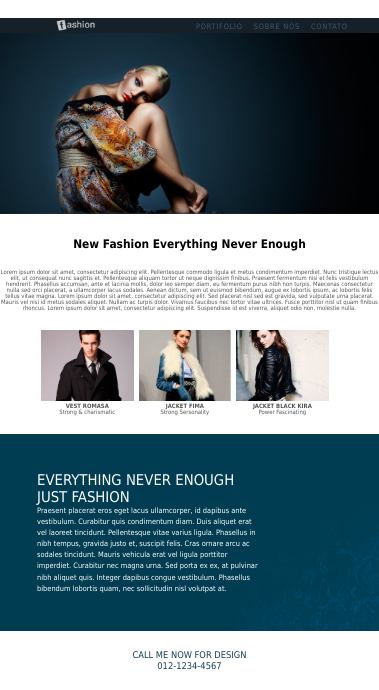
Repository: ryanwilll/LayoutSimplesSite
Page: index.html
The author's editor kept a copy of each file at every save. The page is drawn from the files as they stood at one save, then again after the next save.
The browser window is 375 px wide. The page is 379 px wide, then 375 px, so the pictures cover 379 px, including what lies to the right of the window. The pictures show the part of the page from y = 0 to 690 px (the page is 912 px tall before and 887 px after).
Pictures or frames that could not be fetched are drawn as grey boxes.

Above is the page before, as saved 2022-10-30 00:24:31.

After the next save:
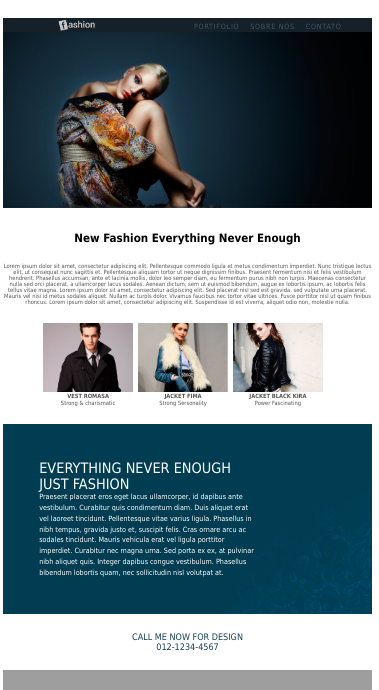
Saved 4 s later.
--- a/css/style.css
+++ b/css/style.css
@@ -138,6 +138,6 @@ a:hover {
 
 @media (max-width: 460px) {
   main {
-    zoom: 0.37;
+    zoom: 0.36;
   }
 }
